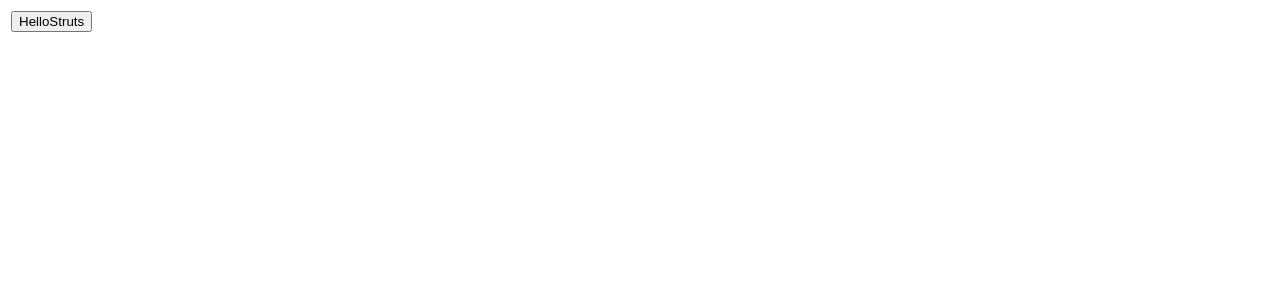
Repository: 1209mori05/test
Page: http://localhost/WebProj5/
The author's editor kept a copy of each file at every save. The page is drawn from the files as they stood at one save, then again after the next save.
The browser window is 1280 px wide. The pictures show the whole page.
The page is served by Tomcat 9. Other server files are loaded and not shown.

Above is the page before, as saved 2018-03-16 08:46:48.

### WebProj5/WebContent/index.jsp
<%@ page language="java" contentType="text/html; charset=UTF-8"
    pageEncoding="UTF-8"%>
<%@ taglib prefix="s" uri="/struts-tags" %>
<!DOCTYPE html>
<html>
<head>
<meta charset="UTF-8">
<title>INDEX</title>
</head>
<body>
	<s:form action="HelloStrutsAction">
		<s:submit value="HelloStruts" />
	</s:form>
</body>
</html>

After the next save:
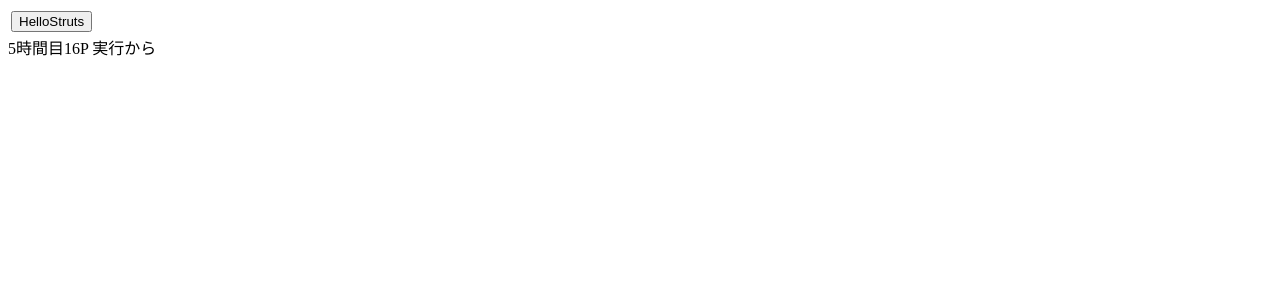
Saved 30 s later.
--- a/WebProj5/WebContent/index.jsp
+++ b/WebProj5/WebContent/index.jsp
@@ -11,5 +11,7 @@
 	<s:form action="HelloStrutsAction">
 		<s:submit value="HelloStruts" />
 	</s:form>
+
+	5時間目16P 実行から
 </body>
 </html>
